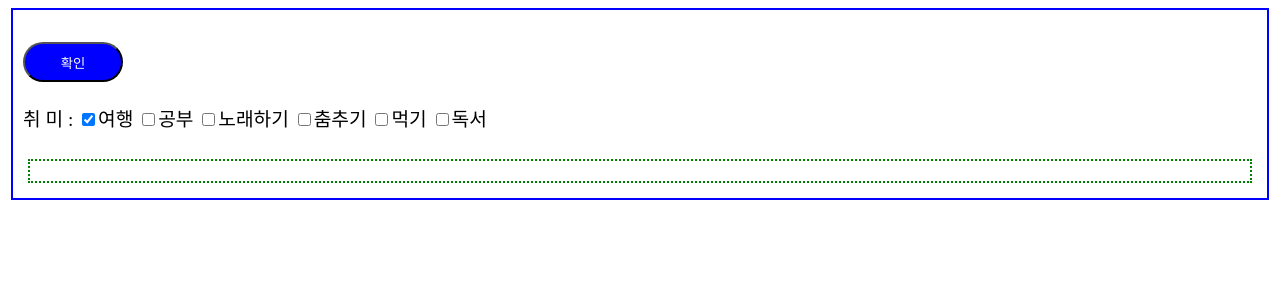
Repository: patternlobe-stack/MY_repository
Page: webpro/src/main/webapp/0915/상태_checkbox.html
The author's editor kept a copy of each file at every save. The page is drawn from the files as they stood at one save, then again after the next save.
The browser window is 1280 px wide. The pictures show the whole page.
After loading, the first visible `#btn1` was clicked once.

Above is the page before, as saved 2025-09-15 07:41:24.

### webpro/src/main/webapp/0915/상태_checkbox.html
<!DOCTYPE html>
<html>
<head>
<meta charset="UTF-8">
<title>Insert title here</title>
<link rel="stylesheet"  href="../css/public.css">

<script src="../js/jquery-3.7.1.js"></script>
<script>
$(()=>{
	 $('#btn1').on('click', ()=>{

/* 	//	 chk= $('input[type=checkbox]:checked').val();
	//	  chk = $('input:checkbox:checked').val();
		  chk = $(':checkbox:checked').val();

		  alert(chk); */

		  let str="";

		  $(':checkbox:checked').each((i,item)=>{
			  //str+=$(':checkbox:checked'),eq(i).val()
			  str +=$(item).val()+"<br>"


		  })//반복문
	 })
})
</script>

</head>
<body>


<div class="box">
      <h3>
      </h3>
      <input type="button" value="확인" id="btn1" />
      <br /><br />
      <form>
취 미 :
 <input type="checkbox" name="hobby" value="여행" checked >여행
<input type="checkbox" name="hobby" value="공부">공부
<input type="checkbox" name="hobby" value="노래하기">노래하기
<input type="checkbox" name="hobby" value="춤추기" >춤추기
<input type="checkbox" name="hobby" value="먹기">먹기
<input type="checkbox" name="hobby" value="독서">독서
<br><br>
</form>

      <div id="result1"></div>
</div>
</body>
</html>

### webpro/src/main/webapp/css/public.css
@charset "UTF-8";

pre {
  border: 5px inset red;
  margin: 20px;
  padding: 10px;
  font-size: 1.3rem;
}
div {
  border: 2px dotted green;
  padding: 10px;
  margin: 5px;
  font-size: 1.2rem;
}

.box {
  border: 2px solid blue;
  margin: 3px;
  padding: 10px;
}
.box input[type="button"],
.box input[type="submit"] {
  background: blue;
  color: white;
  width: 100px;
  height: 40px;
  border-radius: 50px;
}

Loaded but not shown: webpro/src/main/webapp/js/jquery-3.7.1.js (library)

After the next save:
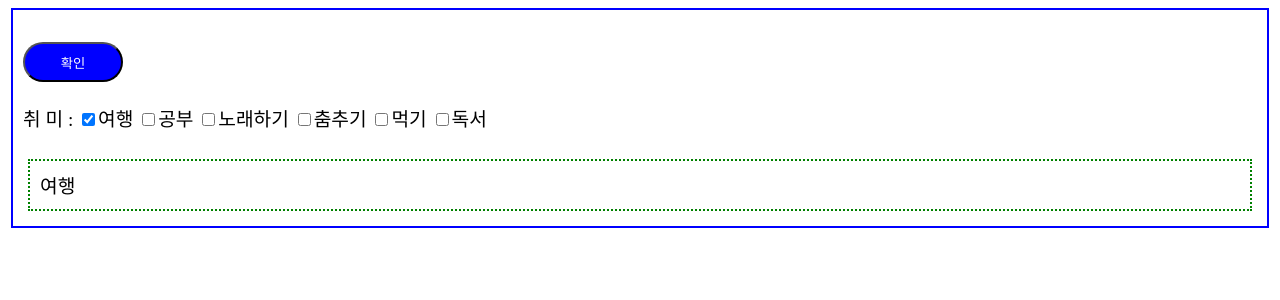
Saved 29 s later.
--- a/webpro/src/main/webapp/0915/상태_checkbox.html
+++ b/webpro/src/main/webapp/0915/상태_checkbox.html
@@ -24,6 +24,8 @@ $(()=>{
 
 
 		  })//반복문
+
+		  $("#result1").html(str);
 	 })
 })
 </script>
